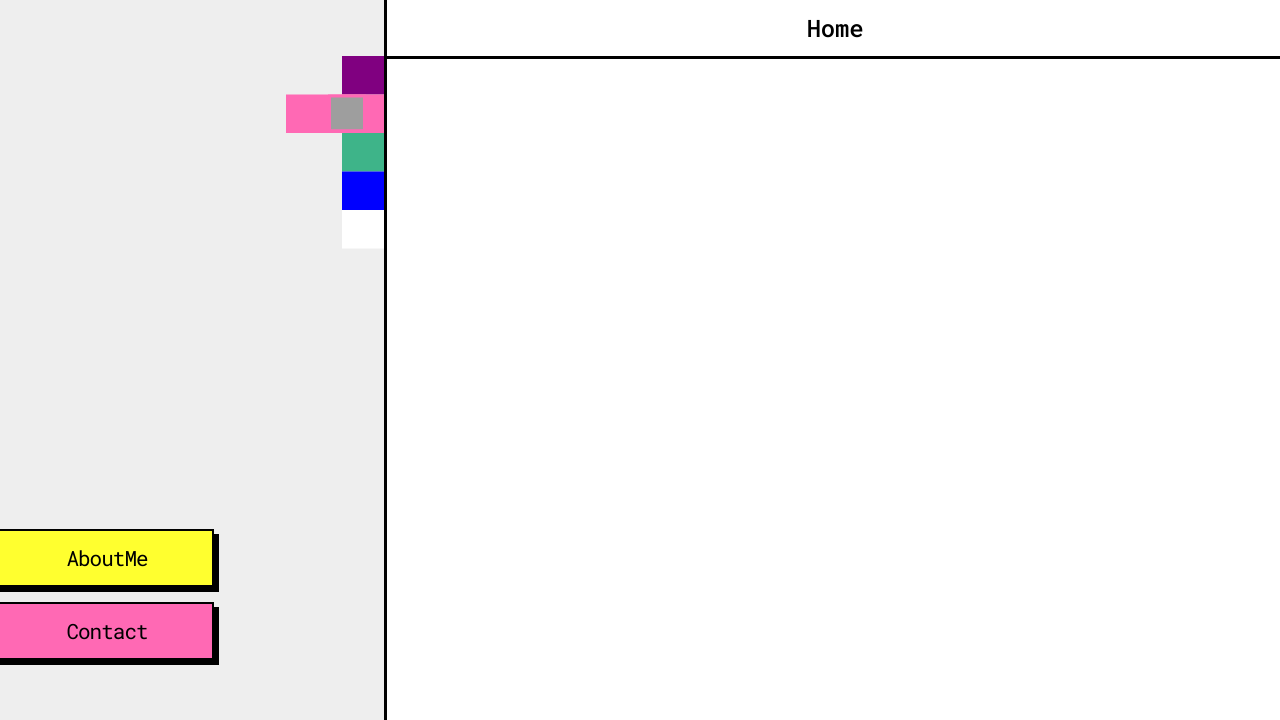
Repository: keesuk/__esuke_
Page: /Pigeon
An editor plug-in stored every save of this project. The page is shown before and after a run of saves, followed by the edit.
The browser window is 1280 px wide. The pictures show the whole page.
Pictures or frames that could not be fetched are drawn as grey boxes. The project was rebuilt for these pictures with package versions that can differ from the ones it lists, and the page was loaded fresh each time. Also part of the build but not shown: src/components/_AboutMe.jsx, src/components/_Contact.jsx, src/components/Left.js, src/components/Introduce.js, src/components/FolioList.js, src/pages/_Projects.jsx.

Above is the page before, as saved 2021-02-05 12:36:37.

### public/index.html
<!DOCTYPE html>
<html lang="kr">
  <head>
    <meta charset="utf-8" />
    <link rel="icon" href="%PUBLIC_URL%/favicon.ico" />
    <meta name="viewport" content="width=device-width, initial-scale=1" />
    <meta name="theme-color" content="#000000" />
    <meta
      name="description"
      content="Web site created using create-react-app"
    />
    <link rel="apple-touch-icon" href="%PUBLIC_URL%/logo192.png" />
    <link rel="manifest" href="%PUBLIC_URL%/manifest.json" />
    <title>React App</title>
  </head>
  <body>
    <div id="root"></div>
  </body>
</html>

### src/index.js
import React from 'react';
import ReactDOM from 'react-dom';
import './index.css';
import Root from './client/Root';
import reportWebVitals from './reportWebVitals';
import { createMuiTheme } from '@material-ui/core/styles';


createMuiTheme({
    typography: {
        useNextVariants: true,
        fontFamily: '"Noto Sans KR"'
    }
});

ReactDOM.render(<Root />, document.getElementById('root'));
reportWebVitals();

### src/index.css
@import url(https://fonts.googleapis.com/earlyaccess/notosanskr.css);
@import url(https://fonts.googleapis.com/css2?family=Roboto+Mono:wght@200;300;400;500;600;700&display=swap);

body {
    margin: 0;
    user-select: none;
    font-family: -apple-system, BlinkMacSystemFont, 'Segoe UI', 'Roboto', 'Oxygen','Ubuntu', 'Cantarell', 'Fira Sans', 'Droid Sans', 'Helvetica Neue',sans-serif;
    font-family: 'Roboto Mono', monospace !important;
    -webkit-font-smoothing: antialiased;
    -moz-osx-font-smoothing: grayscale;
    cursor: url("data:[embedded picture, 1918 characters]"), auto;
}

/* font-family: 'Noto Sans KR' !important; */

code {
    font-family: 'source-code-pro', 'Menlo', 'Monaco', 'Consolas', 'Courier New',monospace;
}

button {
    all: unset;
    cursor: url("data:[embedded picture, 2146 characters]"), pointer;
}

a {
    all: unset;
    cursor: url("data:[embedded picture, 2146 characters]"), pointer;
}

a:visited {
    color: inherit;
}

header {
    all: unset;
}

@keyframes effect {
    0%   { opacity: 0; }
    95%  { opacity: 0; }
    100% { opacity: 1; }
};

### src/client/Root.js
import React from "react";
import { BrowserRouter } from "react-router-dom";
import smoothscroll from 'smoothscroll-polyfill';
import App from "../shared/App";


const Root = () => {
    smoothscroll.polyfill()

    return(
        <BrowserRouter>
            <App/>
        </BrowserRouter>
    )
}

export default Root;

### src/shared/App.js
import { Component } from "react";
import { Route } from "react-router-dom";

import Index from "../components/Index"
import Home from "../components/Home"
import Menu from "../components/Menu"
import Left from "../components/Left"

import styled from "styled-components";
import Projects from "../pages/_Projects.jsx";

import { line_1, all_portFolio, app_Div } from "../_data/_Functions.jsx";

const RightDiv = styled.div`
    width: 70vw;
    margin-left: 30vw;
    z-index: 50;
    border-left: ${line_1};
    background-color: #FFF;
    ${app_Div}
`;
const LeftDiv = styled.div`
    width: 30vw;
    z-index: 0;
    background-color: #EEE;
    ${app_Div}
`;

class App extends Component {
    render() {
        return (<>
            <header>
                <Route path="/">
                    <Home/>
                    <Menu/>
                    <Index/>
                </Route>
            </header>
            <RightDiv>
                <Route exact path="/" component={Projects}/>
                {all_portFolio.map(v =>
                <Route
                    path={"/" + v["title"]}
                    key={v["title"]}
                    component={v["componentR"]}
                />)}
            </RightDiv>
            <LeftDiv>
                <Route path="/" component={Left}/>
            </LeftDiv>
        </>)
    }
}

export default App;

### src/components/Index.js
import React from 'react';
import styled from 'styled-components';
import { NavLink } from "react-router-dom";

import { all_portFolio } from '../_data/_Functions.jsx';

const width = 60
const hoverWidth = 140
const border = 4.5
const right = hoverWidth + 15
const height = width-5
const imgWidth = height - (border * 2)
const marginLeft = width

const IndexDiv = styled.div`
    @media all and (min-width:0px) and (max-width:1080px) {transform: scale(0.6, 0.6);}
    @media all and (min-width:1081px) {transform: scale(0.7, 0.7);}
    transform-origin: top right;
    transition: all .2s ;
    position: absolute;
    z-index: 50;
    width: ${width}px;
    margin-left: -${width}px;
    height: 50vh;
    left: 30vw;
    margin-top: 3.5em;
    float: right;

    &:hover {
        @media all and (min-width:0px) and (max-width:1080px) {transform: scale(0.9, 0.9);}
        @media all and (min-width:1081px) {transform: scale(1.0, 1.0);}
    }

    .active {
        width: ${hoverWidth}px;
    }
`;
const IndexContent = styled(NavLink)`
    width: ${width}px;
    height: ${height}px;
    float: right;
    padding: 0;
    white-space: nowrap;
    transition: all .2s ease;
    background-color: ${props => props.color};

    &:hover {
        width: ${hoverWidth}px;
    }
    &:active {
        width: ${hoverWidth + 12}px;
    }
    .img {
        margin-left: ${marginLeft}px;
        border: ${border}px solid ${props => props.color};
        width: ${imgWidth}px;
        height: ${imgWidth}px;
    }
    .title {
        right: ${right}px;
        height: ${height}px;
        transform: translateY(-80%);
        position: absolute;
        font-size: 18px;
        font-weight: 400;
        opacity: 0;
        display: none;
    }
    &:hover .title {
        opacity: 1;
        display: block;
    }
`;

const Index = () => {
    return (
        <IndexDiv>
            {all_portFolio.map(v =>
                <IndexContent
                    to={v["title"]}
                    key={v["title"]}
                    color={v["color"]}
                    activeClassName="active"
                >
                    <img className="img" src={v["img"]} alt={""}/>
                    <div className="title">{v["title"]}</div>
                </IndexContent>
            )}
        </IndexDiv>
    )
}

export default Index;

### src/components/Home.js
import React from 'react';
import styled from 'styled-components';
import { Link } from "react-router-dom";
import { line_1, rainbow } from '../_data/_Functions.jsx';


const HomeButton = styled.button`
    position: fixed;
    z-index: 100;
    border-left: ${line_1};
    border-bottom: ${line_1};
    background-color: white;
    width: 70vw;
    height: 3.5em;
    margin-left: 30vw;

    div {
        display: flex;
        font-size: 1.5em;
        font-weight: 500;
        width: 100%;
        justify-content: center;
        align-items: center;
        letter-spacing: -.01em;
    }
    &:after {
        content: "";
        position: absolute;
        width: 30%;
        height: .15em;
        left: 35%;
        right: 35%;
        top: 50%;
        bottom: 50%;
        visibility: hidden;
        background: ${rainbow};
    }
    &:hover:after {
        visibility: visible;
    }
`;

const Home = () => {
    return(
        <Link to="/">
            <HomeButton>
                <div>Home</div>
            </HomeButton>
        </Link>
    )
}
export default Home;

### src/components/Menu.js
import { Component } from "react";
import styled from 'styled-components';
import AboutMe from "../components/_AboutMe.jsx";
import Contact from "../components/_Contact.jsx";

import { line_3, menu_menu, menu_aboutMe } from '../_data/_Functions.jsx';

const MenuDiv = styled.div`
    position: fixed;
    z-index: 1000;
    display: grid;
    grid-gap: 15px;
    margin-left: -30px;
    bottom: 60px;
`;
const MenuObj = styled.div`
    button {
        padding-left: 30px;
        width: 210px;
        height: 54px;
        border: ${line_3};
        box-shadow: 5px 5px black;

        .open {
            font-weight: 400;
            font-size: 21px;
            width: 210px;
            letter-spacing: -1px;
            text-align: center;
            align-items: auto;
        }
        .close {
            position: absolute;
            color: white;
            z-index: 100;
            margin-left: ${props => props.leftText};
            margin-top: ${props => props.marginText};
            font-size: 12px;
            font-weight: 600;
            white-space: nowrap;
            transform: rotate(-90deg);
        }
    }
    .postIt {
        &:hover {
            text-decoration-line: line-through;
            text-decoration-thickness: 3.5px;
            box-shadow: 6px 6px 6px #999;
        }
        &:active {
            text-decoration-line: line-through;
            text-decoration-thickness: 2px;
            box-shadow: 2px 2px 2px #666;
        }
    }
    .postItAfter {
        width: ${props => props.width};
        box-shadow: none;
        border-right: 0px;

        &:hover {
            box-shadow: -4px 3.5px 3.5px rgba(0, 0, 0, .5);
        }
        &:after {
            content: "";
            position: absolute;
            width: 58px;
            height: ${props => props.height};
            left: ${props => props.left};
            margin-top: ${props => props.margin};
            background-color: black;
        }
        &:hover:after {
            box-shadow: 0em -.1em .8em rgba(0, 0, 0, .3);
        }
        &:before {
            content: "";
            position: absolute;
            left: ${props => props.left};
            margin-top: -29px;
            width: 0;
            height: 0;
            border-style: solid;
            border-width: 58px 58px 0 0;
            border-color: black transparent transparent transparent;
        }
    }
`;

class Menu extends Component {
    constructor(props){
        super(props)
        this.state = {
            menu: {},
            aboutMe: {},
        }
        this.postItHandler = this.postItHandler.bind(this)
        this.postItClose = this.postItClose.bind(this)
        this.postItReorder = this.postItReorder.bind(this)
    }

    componentDidMount(){
        this._menu()
        this._aboutMe()
    }
    _menu(){
        const menuObj = {}

        menu_menu.map(v => Object.assign(menuObj, {
            [v.title] : false
        }))
        this.setState({ menu : menuObj })
    }
    _aboutMe(){
        const aboutMeObj = {}

        menu_aboutMe.map(v => Object.assign(aboutMeObj, {
            [menu_aboutMe.indexOf(v)] : {
                "value": menu_aboutMe.indexOf(v),
                "bool" : false
        }}))
        this.setState({ aboutMe : aboutMeObj })
    }
    postItHandler(v){
        const bool = this.state.menu[v]
        const menuObj = this.state.menu
        const aboutMeObj = this.state.aboutMe

        if(v === "AboutMe"){
            if(bool === true){
                for(let key in aboutMeObj){
                    aboutMeObj[key]["value"] = parseInt(key)
                    aboutMeObj[key]["bool"] = false
            }}else{
                for(let key in aboutMeObj){
                    aboutMeObj[key]["bool"] = true
        }}}
        menuObj[v] = !bool

        this.setState({
            menu : menuObj,
            aboutMe : aboutMeObj
        })
    }
    postItClose(num){
        const aboutMeObj = this.state.aboutMe
        aboutMeObj[num]["bool"] = false

        this.setState({ aboutMe : aboutMeObj })
    }
    postItReorder(num){
        const aboutMeObj = this.state.aboutMe
        const last = Object.keys(aboutMeObj).length-1

        for(let key in aboutMeObj) aboutMeObj[key]["value"]--

        aboutMeObj[num]["value"] = last
        this.setState({ aboutMe : aboutMeObj })
    }


    render(){
        const { menu, aboutMe }  = this.state

        return(<>
            {menu["AboutMe"]
                ? menu_aboutMe.map((v, i) =>
                    aboutMe[i]["bool"]
                    ? <AboutMe
                        close={this.postItClose}
                        order={this.postItReorder}
                        value={aboutMe[i]["value"]}
                        tape={v["tape"]}
                        width={v["width"]}
                        color={v["color"]}
                        borColor={v["borColor"]}
                        content={v["content"]}
                        key={i}
                        num={i}/>
                    : null)
                : null
            }
            {menu["Contact"]
                ? <Contact/>
                : null
            }
            <MenuDiv>
                {menu_menu.map(v =>
                    <MenuObj
                        left={v["left"]}
                        leftText={v["leftText"]}
                        margin={v["margin"]}
                        marginText={v["marginText"]}
                        height={v["height"]}
                        width={v["width"]}
                        key={v["title"]}
                    >
                        <button
                            onClick={()=> this.postItHandler(v["title"])}
                            className={menu[v["title"]] ? "postItAfter": "postIt"}
                            style={{backgroundColor: v["color"]}}
                        >
                            {menu[v["title"]]
                                ? <div className="close">Close All</div>
                                : <div className="open">{v["title"]}</div>
                            }
                        </button>
                    </MenuObj>
                )}
            </MenuDiv>
        </>)
    }
}

export default Menu;

### src/_data/_Functions.jsx
import Pigeon from "../pages/_Pigeon.jsx"
import Ruler from "../pages/_Ruler.jsx"
import Onvoyage from "../pages/_Onvoyage.jsx"
import Gmf from "../pages/_Gmf.jsx"
import Samsara from "../pages/_Samsara.jsx"

import PigeonImg from "./img/Pigeon.png"
import RulerImg from "./img/Ruler.png"
import OnvoyageImg from "./img/Onvoyage.png"
import GmfImg from "./img/Gmf.png"
import SamsaraImg from "./img/Samsara.png"

export const yellow = "#ffff2f"
export const deepYellow = "#ccaa66"

export const purple = "rgba(200, 100, 250, .8)"
export const red = "rgba(250, 100, 250, .8)"
export const cyan = "rgba(100, 250, 250, .8)"
export const green = "rgba(150, 250, 80, .8)"

export const pink = "hotpink"
export const rainbow = "linear-gradient(to right, red, orange, yellow, green, cyan, blue, violet)"

export const paperTexture = "https://media.istockphoto.com/photos/paper-texture-background-picture-id667786998?b=1&k=6&m=667786998&s=612x612&w=0&h=8lcKr0m8Vs8JUUHGa7Dz7CZa5ln-xsD5on7nLFKRg8c="

export const blueS = (opacity) => `rgba(0, 0, 250, ${opacity})`
export const redS = (opacity) => `rgba(250, 60, 0, ${opacity})`
export const greenS = (opacity) => `rgb(0, 250, 0, ${opacity})`

export const line_1 = ".19em solid black"
export const line_2 = ".13em solid"
export const line_3 = "2px solid black"
export const line_4 = "2em solid rgba(250, 250, 0, .8)"

export const app_Div = `
    position: fixed;
    overflow: scroll;
    height: 91vh;
    padding-top: 9vh;
`

export const introDiv_introduce = "Keesuk Lee is a graphic Designer and Developer living in Seoul, S.Korea."

export const projects_link = [
    {
        "title" : "Instagram",
        "link" : "https://www.instagram.com/keesukeeeeee/",
        "color": "#F58529, #DD2A7B, #8134AF, #515BD4"
    }, {
        "title" : "Github",
        "link" : "https://github.com/keesuk",
        "color": "#216e39, #30a14e, #40c463"
    }
]
export const all_portFolio = [
    {
        "title": "Samsara",
        "category": "Poster",
        "color" : "purple",
        "img" : SamsaraImg,
        "componentR" : Samsara,
        "componentL" : null,
    },{
        "title": "Pigeon",
        "category": "Editorial",
        "color" : "hotpink",
        "img" : PigeonImg,
        "componentR" : Pigeon,
        "componentL" : null,
    },{
        "title": "GMF Festival",
        "category": "Branding",
        "color" : "#3EB489",
        "img" : GmfImg,
        "componentR" : Gmf,
        "componentL" : null,
    },{
        "title": "Ruler",
        "category": "Editorial",
        "color" : "blue",
        "img" : RulerImg,
        "componentR" : Ruler,
        "componentL" : null,
    },{
        "title": "on Voyage",
        "category": "VR UI/UX",
        "color" : "white",
        "img" : OnvoyageImg,
        "componentR" : Onvoyage,
        "componentL" : null,
    },
]
export const menu_menu = [
    {
        "title" : "AboutMe",
        "color": yellow,
        "left" : "122px",
        "leftText" : "86px",
        "height" : "66px",
        "margin" : "-95px",
        "marginText" : "-57px",
        "width" : "90px"
    }, {
        "title" : "Contact",
        "color": pink,
        "left" : "48px",
        "leftText" : "13px",
        "height" : "139px",
        "margin" : "-168px",
        "marginText" : "-130px",
        "width" : "16px"
    }
]
export const menu_aboutMe = [
    {
        "content" : "",
        "width" : "300px",
        "color" : "white",
        "borColor" : "#aaa",
        "tape" : {
            "angle" : randomize([-30, -20, -10, -5, 2, 10, 20, 30]),
            "color" : randomize([purple, red]),
            "length" :"80px",
        }
    },{
        "content" : "",
        "width" : "300px",
        "color" : "white",
        "borColor" : "#aaa",
        "tape" : {
            "angle" : randomize([-36, -27, -13, -7, 5, 13, 27, 36]),
            "color" : randomize([cyan, green]),
            "length" : "160px",
        }
    },{
        "content" : "",
        "width" : "200px",
        "color" : yellow,
        "borColor" : deepYellow,
        "tape" : null,
    },{
        "content" : "",
        "width" : "200px",
        "color" : yellow,
        "borColor" : deepYellow,
        "tape" : null,
    },{
        "content" : "",
        "width" : "200px",
        "color" : yellow,
        "borColor" : deepYellow,
        "tape" : null,
    },{
        "content" : "",
        "width" : "200px",
        "color" : yellow,
        "borColor" : deepYellow,
        "tape" : null,
    },{
        "content" : "",
        "width" : "200px",
        "color" : yellow,
        "borColor" : deepYellow,
        "tape" : null,
    },{
        "content" : "",
        "width" : "200px",
        "color" : yellow,
        "borColor" : deepYellow,
        "tape" : null,
    }
]


export function randomize(items) {
    const item = items[Math.floor(Math.random() * items.length)]
    return item
}

export function change(items) {
    let i = 0

    function changeRe(items){
        i = (i+1) % items.length
        return items[i]
    }
    return changeRe(items)
}

export function move(arr, from, to){
    return arr.splice(to, 0, arr.splice(from, 1)[0])
}

export function findObject(obj, boolean) {
    let arr = obj

    if (!Array.isArray(arr)) arr = Object.values(arr)

    return arr.find((value) => {
        return value.bool === boolean
    })
}

### src/pages/_Pigeon.jsx
import styled from 'styled-components';

const _Pigeon = () => {
    return(<>
        <div>
        </div>
    </>)
}

export default _Pigeon;

### src/pages/_Ruler.jsx
const Ruler = () => {
    return(
        null
    )
}

export default Ruler;

### src/pages/_Onvoyage.jsx
const _Onvoyage = () => {
    return(
        null
    )
}

export default _Onvoyage;

### src/pages/_Gmf.jsx
const _Gmf = () => {
    return(
        null
    )
}

export default _Gmf;

### src/pages/_Samsara.jsx
const Samsara = () => {
    return(
        null
    )
}

export default Samsara;

Loaded but not shown: src/reportWebVitals.js (common file)

After the next 2 saves:
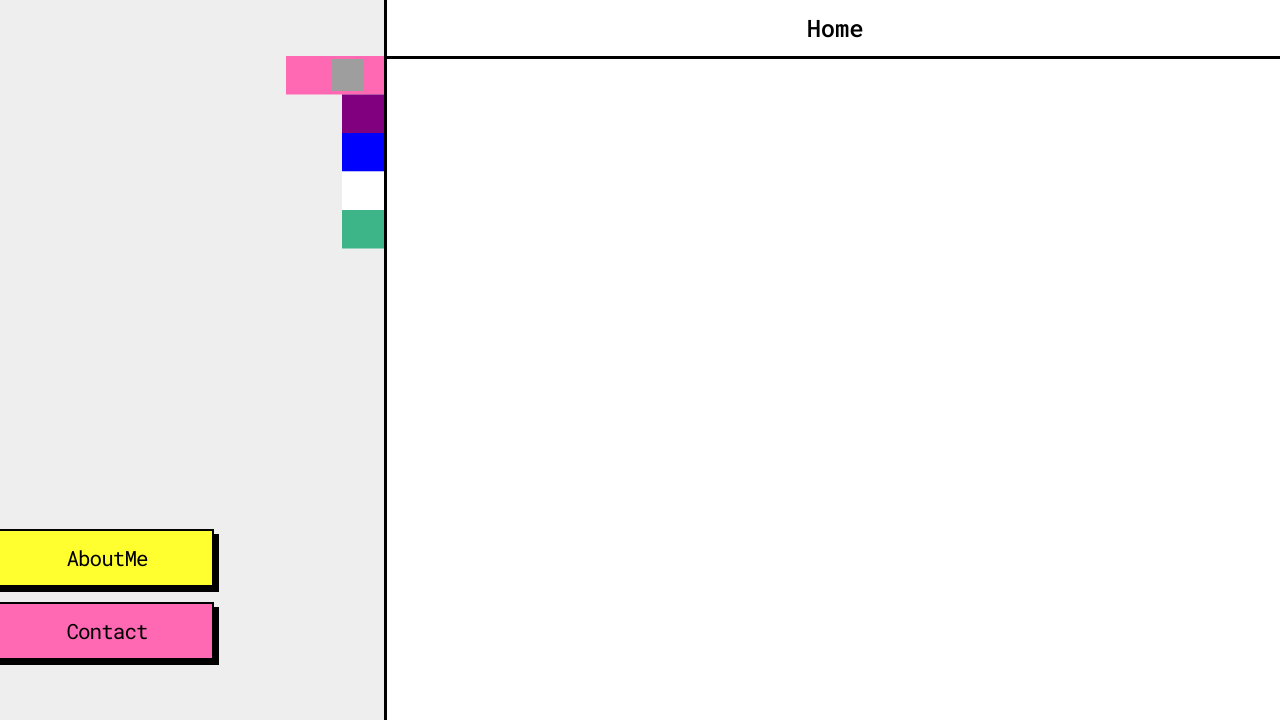
The 2 saves are shown as one change because they came seconds apart.
The last was saved 33 s later.
--- a/src/_data/_Functions.jsx
+++ b/src/_data/_Functions.jsx
@@ -54,6 +54,13 @@
 ]
 export const all_portFolio = [
     {
+        "title": "Pigeon",
+        "category": "Editorial",
+        "color" : "hotpink",
+        "img" : PigeonImg,
+        "componentR" : Pigeon,
+        "componentL" : null,
+    },{
         "title": "Samsara",
         "category": "Poster",
         "color" : "purple",
@@ -61,11 +68,18 @@
         "componentR" : Samsara,
         "componentL" : null,
     },{
-        "title": "Pigeon",
+        "title": "Ruler",
         "category": "Editorial",
-        "color" : "hotpink",
-        "img" : PigeonImg,
-        "componentR" : Pigeon,
+        "color" : "blue",
+        "img" : RulerImg,
+        "componentR" : Ruler,
+        "componentL" : null,
+    },{
+        "title": "on Voyage",
+        "category": "VR UI/UX",
+        "color" : "white",
+        "img" : OnvoyageImg,
+        "componentR" : Onvoyage,
         "componentL" : null,
     },{
         "title": "GMF Festival",
@@ -73,20 +87,6 @@
         "color" : "#3EB489",
         "img" : GmfImg,
         "componentR" : Gmf,
-        "componentL" : null,
-    },{
-        "title": "Ruler",
-        "category": "Editorial",
-        "color" : "blue",
-        "img" : RulerImg,
-        "componentR" : Ruler,
-        "componentL" : null,
-    },{
-        "title": "on Voyage",
-        "category": "VR UI/UX",
-        "color" : "white",
-        "img" : OnvoyageImg,
-        "componentR" : Onvoyage,
         "componentL" : null,
     },
 ]
